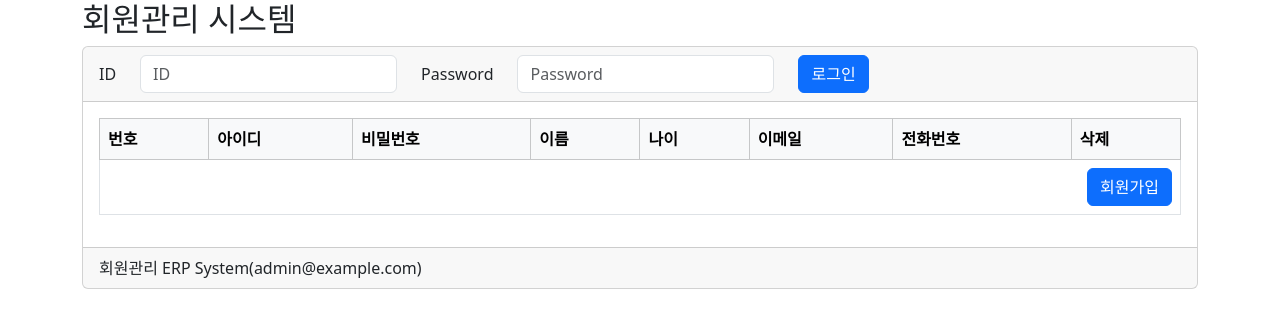
Repository: jungwoonAn/web_ex
Page: http://localhost/MVC06/WEB-INF/member/memberList.jsp
These files come from the project's save history. The page is drawn as it stood at one moment and after the next save; the edit follows.
The browser window is 1280 px wide. The pictures show the whole page.
The page is served by Tomcat 9. Nobody is signed in. Other server files are loaded and not shown. The template is opened directly, without the code that normally fills it, so the values that code supplies are empty.

Above is the page before, as saved 2024-09-08 07:23:15.

### MVC06/src/main/webapp/WEB-INF/member/memberList.jsp
<%@page import="kr.bit.model.MemberVO"%>
<%@page import="java.util.ArrayList"%>
<%@page import="kr.bit.model.MemberDAO"%>
<%@ page language="java" contentType="text/html; charset=UTF-8"
    pageEncoding="UTF-8"%>
<%
	// ArrayList<MemberVO> list = (ArrayList<MemberVO>)request.getAttribute("list");
%>
<%@ taglib prefix="c" uri="http://java.sun.com/jsp/jstl/core" %>
<c:set var="ctx" value="${pageContext.request.contextPath}"/>
<!DOCTYPE html>
<html>
<head>
<meta charset="UTF-8">
<meta name="viewport" content="width=device-width, initial-scale=1">
<script src="https://ajax.googleapis.com/ajax/libs/jquery/3.7.1/jquery.min.js"></script>
<link href="https://cdn.jsdelivr.net/npm/bootstrap@5.3.3/dist/css/bootstrap.min.css" rel="stylesheet" integrity="sha384-QWTKZyjpPEjISv5WaRU9OFeRpok6YctnYmDr5pNlyT2bRjXh0JMhjY6hW+ALEwIH" crossorigin="anonymous">
<script src="https://cdn.jsdelivr.net/npm/bootstrap@5.3.3/dist/js/bootstrap.bundle.min.js" integrity="sha384-YvpcrYf0tY3lHB60NNkmXc5s9fDVZLESaAA55NDzOxhy9GkcIdslK1eN7N6jIeHz" crossorigin="anonymous"></script>
<script type="text/javascript">
  $(function(){
	  <c:if test="${!empty msg}">
	  	alert("${msg}");
	  	<c:remove var="msg" scope="session" />
	  </c:if>
  });
  function deleteFn(num){
	  location.href="${ctx}/memberDelete.do?num="+num;
  }

  function check(){
	  if($('#user_id').val() == ''){
		  alert("아이디를 입력해주세요");
		  return false;
	  }else if($('#password').val() == '') {
		  alert("비밀번호를 입력해주세요");
		  return false;
	  }else {
		  return true;
	  }
  }

  function logout(){
	  location.href="<c:url value='/memberLogout.do' />"  // /MVC06/memberLogout.do
  }
</script>
<title>회원 목록</title>
</head>
<body>
<div class="container">
  <h2>회원관리 시스템</h2>
  <div class="card">
    <div class="card-header">
      <c:if test="${sessionScope.userId == null || sessionScope.userId == ''}">
	      <form class="row  align-items-center" action="${ctx}/memberLogin.do" method="post">
	        <div class="col-auto">
	          <label for="user_id" class="text-end">ID</label>
	        </div>
	        <div class="col-auto">
	          <input type="text" class="form-control" id="user_id" name="user_id" placeholder="ID">
	        </div>
	        <div class="col-auto">
	          <label for="password">Password</label>
	        </div>
	        <div class="col-auto">
	          <input type="password" class="form-control" id="password" name="password" placeholder="Password">
	        </div>
	        <div class="col-auto">
	          <button type="submit" class="btn btn-primary" onclick="return check()">로그인</button>
	        </div>
	      </form>
      </c:if>
      <c:if test="${sessionScope.userId != null && sessionScope.userId != ''}">
        ${sessionScope.userName}님 환영합니다.
        <button type="button" class="btn btn-warning" onclick="logout()">로그아웃</button>
      </c:if>
    </div>
    <div class="card-body">
      <div class="table-responsive">
	      <table class="table table-bordered table-hover">
		    <thead class="table-light">
		      <tr>
		        <th>번호</th>
		        <th>아이디</th>
		        <th>비밀번호</th>
		        <th>이름</th>
		        <th>나이</th>
		        <th>이메일</th>
		        <th>전화번호</th>
		        <th>삭제</th>
		      </tr>
		    </thead>
		    <tbody>
			    <c:forEach var="vo" items="${list}">
		          <tr>
		            <td>${vo.num}</td>
		            <td><a href="${ctx}/memberContent.do?num=${vo.num}">${vo.id}</a></td>
		            <td>${vo.pass}</td>
		            <td>${vo.name}</td>
		            <td>${vo.age}</td>
		            <td>${vo.email}</td>
		            <td>${vo.phone}</td>
		            <c:if test="${sessionScope.userId == vo.id}">
		              <td><button onclick="deleteFn(${vo.num})" class="btn btn-danger">삭제</button></td>
		            </c:if>
		            <c:if test="${sessionScope.userId != vo.id}">
		              <td><button onclick="deleteFn(${vo.num})" class="btn btn-danger" disabled="disabled">삭제</button></td>
		            </c:if>
		          </tr>
		        </c:forEach>
		    </tbody>
		    <tfoot>
		      <tr>
		        <td colspan="8" class="text-end">
		          <button class="btn btn-primary" onclick="location.href='${ctx}/memberRegister.do'">회원가입</button>
		        </td>
		      </tr>
		    </tfoot>
		  </table>
	  </div>
    </div>
    <div class="card-footer">
      회원관리 ERP System(admin@example.com)
    </div>
  </div>
</div>
</body>
</html>

After the next save:
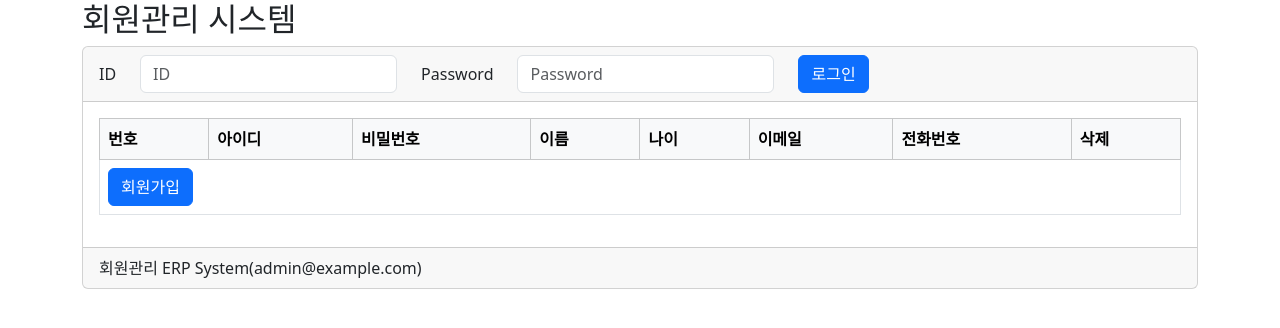
Saved 76 s later.
--- a/MVC06/src/main/webapp/WEB-INF/member/memberList.jsp
+++ b/MVC06/src/main/webapp/WEB-INF/member/memberList.jsp
@@ -110,7 +110,7 @@
 		    </tbody>
 		    <tfoot>
 		      <tr>
-		        <td colspan="8" class="text-end">
+		        <td colspan="8">
 		          <button class="btn btn-primary" onclick="location.href='${ctx}/memberRegister.do'">회원가입</button>
 		        </td>
 		      </tr>
